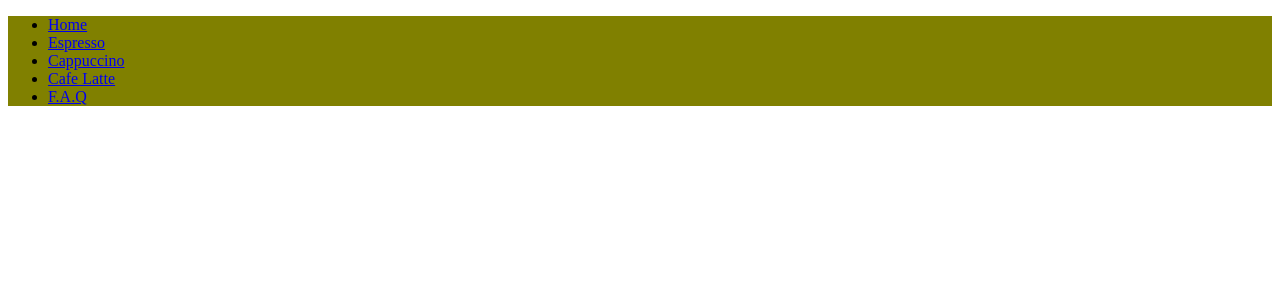
Repository: Gmajorlist/HTML
Page: css/src/main/webapp/06_cssDecorate/exam1.html
These files come from the project's save history. The page is drawn as it stood at one moment and after the next save; the edit follows.
The browser window is 1280 px wide. The pictures show the whole page.

Above is the page before, as saved 2023-03-16 02:59:20.

### css/src/main/webapp/06_cssDecorate/exam1.html
<!DOCTYPE html>
<html>
<head>
<meta charset="UTF-8">
<title>Insert title here</title>
<style type="text/css">
#menubar{
	background: olive;
}

</style>
</head>
<body>
<div id="menubar">
	<ul>
		<li><a href="#">Home</a></li>
		<li><a href="#">Espresso</a></li>
		<li><a href="#">Cappuccino</a></li>
		<li><a href="#">Cafe Latte</a></li>
		<li><a href="#">F.A.Q</a></li>
	</ul>
</div>
</body>
</html>

After the next save:
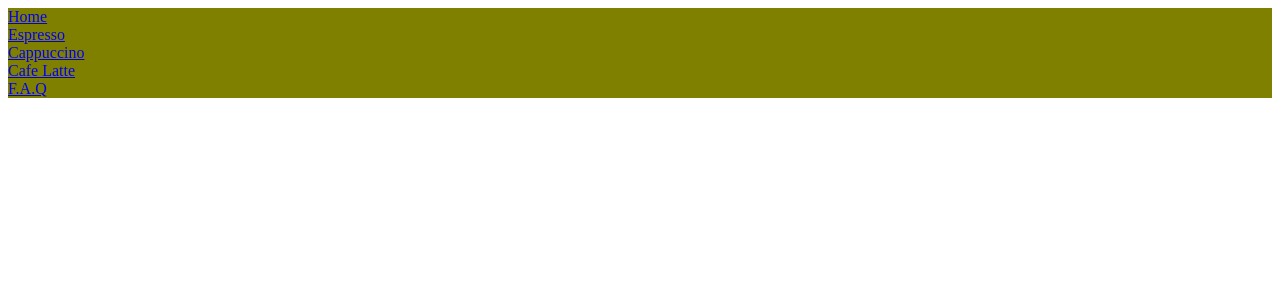
Saved 64 s later.
--- a/css/src/main/webapp/06_cssDecorate/exam1.html
+++ b/css/src/main/webapp/06_cssDecorate/exam1.html
@@ -7,7 +7,12 @@
 #menubar{
 	background: olive;
 }
+#menubar ul{
+	margin: 0;
+	padding: 0;
+	width: 570px;
 
+}
 </style>
 </head>
 <body>
